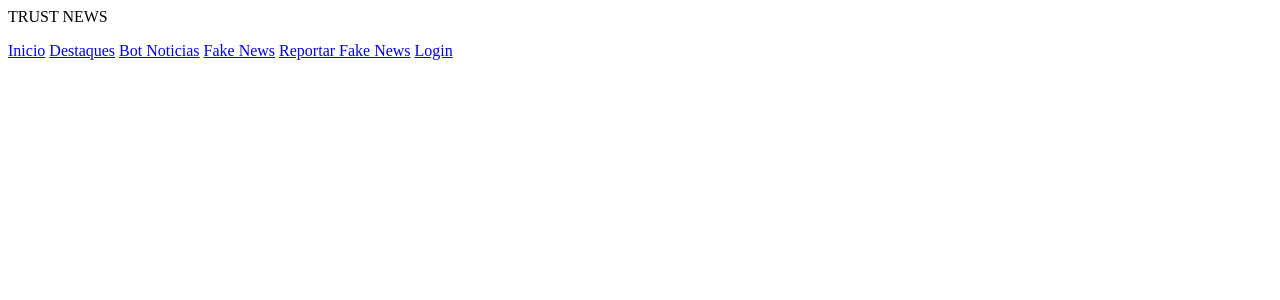
Repository: ICEI-PUC-Minas-PPLES-TI/plf-es-2021-1-ti1-7946100-04-fake-news-2
Page: Codigo/src/util/header.html
An editor plug-in stored every save of this project. The page is shown before and after the next save, followed by the edit.
The browser window is 1280 px wide. The pictures show the whole page.

Above is the page before, as saved 2021-07-02 19:29:59.

After the next save:
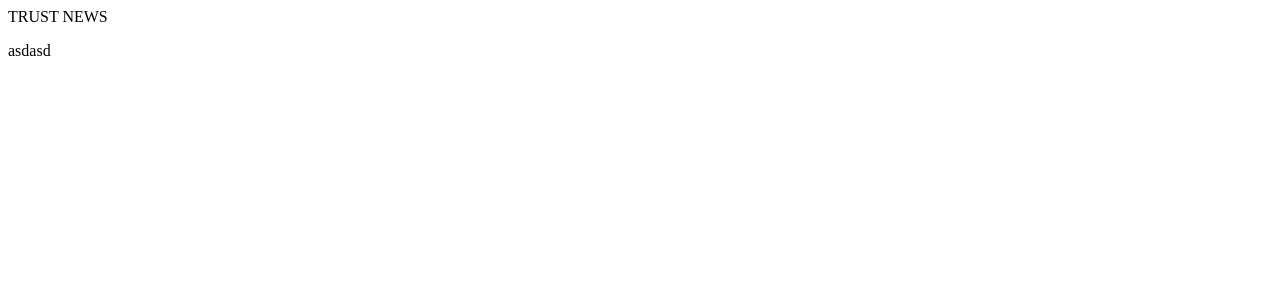
Saved 40 s later.
--- a/Codigo/src/util/header.html
+++ b/Codigo/src/util/header.html
@@ -9,13 +9,7 @@
       <i class="fa fa-times-circle"></i>
     </label>-->
       <nav class="nav menu col-12">
-        <a class="nav-link" href="../home/index.html">Inicio</a>
-        <a class="nav-link" href="../destaques/index.html">Destaques</a>
-        <a class="nav-link" href="#bot_noticias">Bot Noticias</a>
-        <a class="nav-link" href="../reportar/list_fn.html">Fake News</a>
-        <a class="nav-link" href="../reportar/reportar_fn.html">Reportar Fake News</a>
-        <a id="login-menu" class="nav-link" href="../login/index.html">Login</a>
-        <a id="logout-menu" class="nav-link" href="../login/index.html" hidden>Logout</a>
+       asdasd
       </nav>
     </div>
   </div>

After the save that followed:
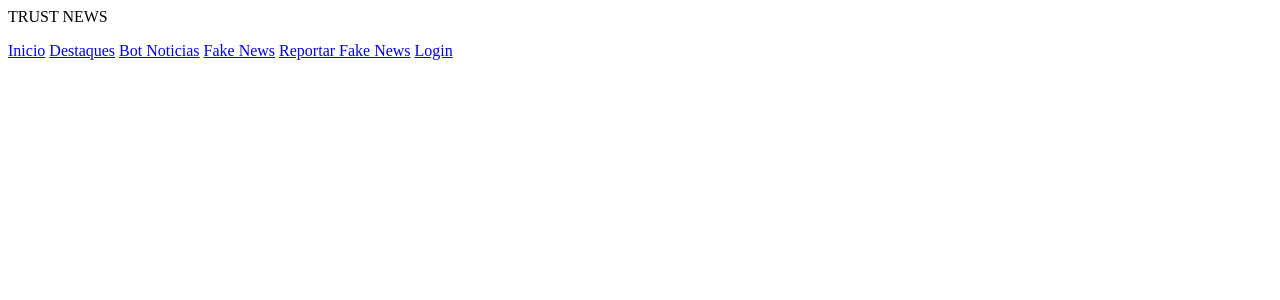
Saved 5 s later.
--- a/Codigo/src/util/header.html
+++ b/Codigo/src/util/header.html
@@ -9,7 +9,13 @@
       <i class="fa fa-times-circle"></i>
     </label>-->
       <nav class="nav menu col-12">
-       asdasd
+        <a class="nav-link" href="../home/index.html">Inicio</a>
+        <a class="nav-link" href="../destaques/index.html">Destaques</a>
+        <a class="nav-link" href="#bot_noticias">Bot Noticias</a>
+        <a class="nav-link" href="../reportar/list_fn.html">Fake News</a>
+        <a class="nav-link" href="../reportar/reportar_fn.html">Reportar Fake News</a>
+        <a id="login-menu" class="nav-link" href="../login/index.html">Login</a>
+        <a id="logout-menu" class="nav-link" href="../login/index.html" hidden>Logout</a>
       </nav>
     </div>
   </div>
